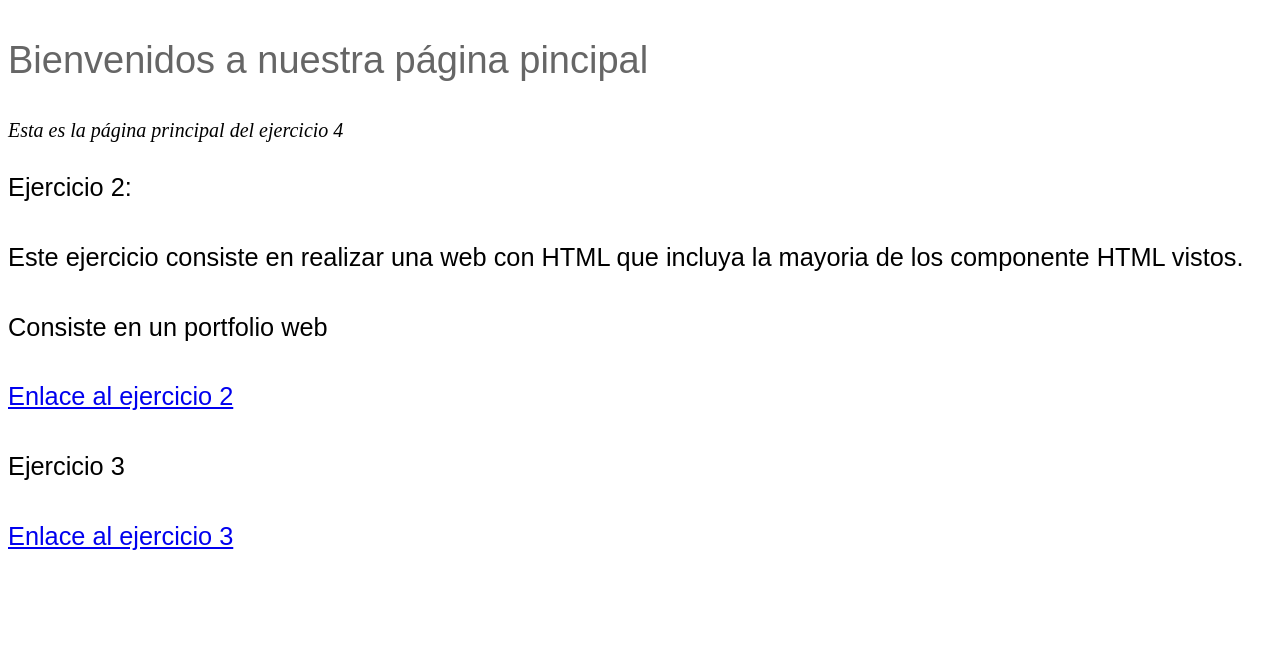
Repository: conmarred/Ejercicio4-Web
Page: Ejercicio4Web/src/main/webapp/index.html
The author's editor kept a copy of each file at every save. The page is drawn from the files as they stood at one save, then again after the next save.
The browser window is 1280 px wide. The pictures show the whole page.
Some web fonts or font styles are not loaded; a fallback is used.

Above is the page before, as saved 2022-03-09 12:23:33.

After the next save:
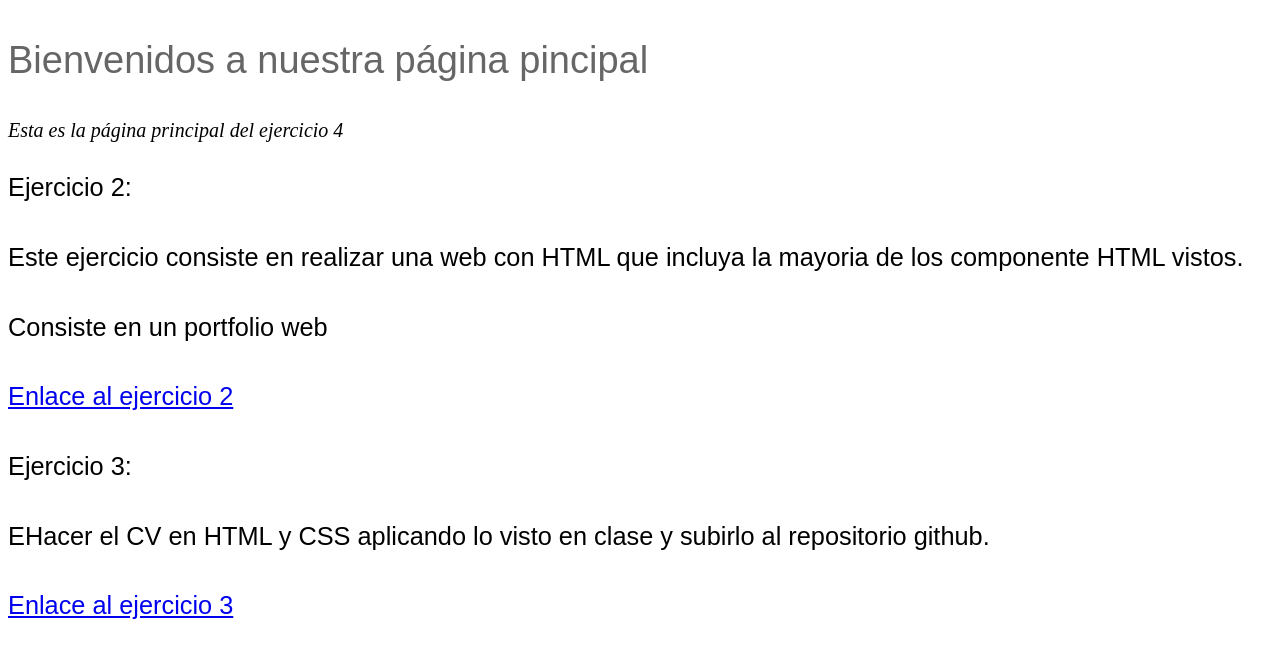
Saved 54 s later.
--- a/Ejercicio4Web/src/main/webapp/index.html
+++ b/Ejercicio4Web/src/main/webapp/index.html
@@ -17,7 +17,8 @@
 				una web con HTML que incluya la mayoria de los componente HTML vistos.</p>
 				<p>Consiste en un portfolio web</p>
 				<a href="ejercicio2.html">Enlace al ejercicio 2</a>
-				<p>Ejercicio 3</p>
+				<p>Ejercicio 3:</p>
+				<p>EHacer el CV en HTML y CSS aplicando lo visto en clase y subirlo al repositorio github.</p>
 				<a href="ejercicio3.html">Enlace al ejercicio 3</a>
 			</div>
 		</section>
